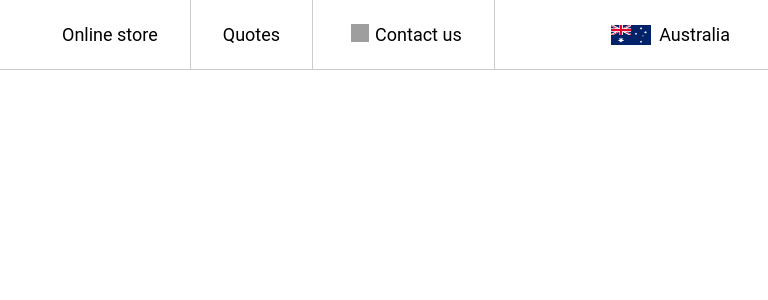
Repository: NguyenMinhKhanhB1909929/Practice_HTML-01
Page: index.html
The author's editor kept a copy of each file at every save. The page is drawn from the files as they stood at one save, then again after the next save.
The browser window is 768 px wide. The pictures show the whole page.
Pictures or frames that could not be fetched are drawn as grey boxes.

Above is the page before, as saved 2022-04-07 18:36:56.

After the next save:
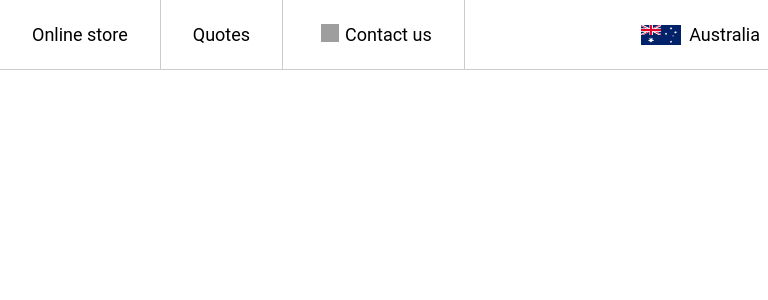
Saved 89 s later.
--- a/asset/style/style.css
+++ b/asset/style/style.css
@@ -264,6 +264,9 @@ a {
 }
 /* Tablet */
 @media screen and (min-width: 46.25em) and (max-width: 63.9375em) {
+  .header {
+    padding: 0;
+  }
   .nav__category-opt {
     width: 140px;
     height: 40px;
